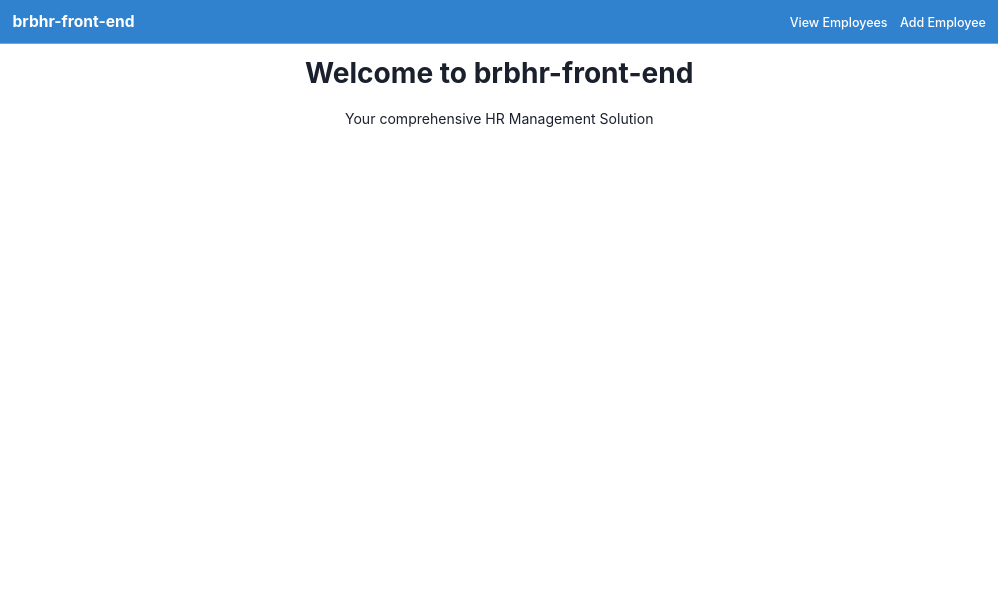
Repository: apipulse/brbhr-frontend
Page: /
These files come from the project's save history. The page is drawn as it stood at one moment and after a run of saves; the edit follows.
The browser window is 1280 px wide. The pictures show the whole page, at 78% of full size.
The project was rebuilt for these pictures with package versions that can differ from the ones it lists, and the page was loaded fresh each time. Also part of the build but not shown: vite.config.js, src/services/axiosInstance.js, src/services/EmployeeService.js, src/components/employee/EmployeeList.jsx, src/components/employee/AddEmployee.jsx.

Above is the page before, as saved 2024-01-19 19:24:55.

After the next 5 saves:
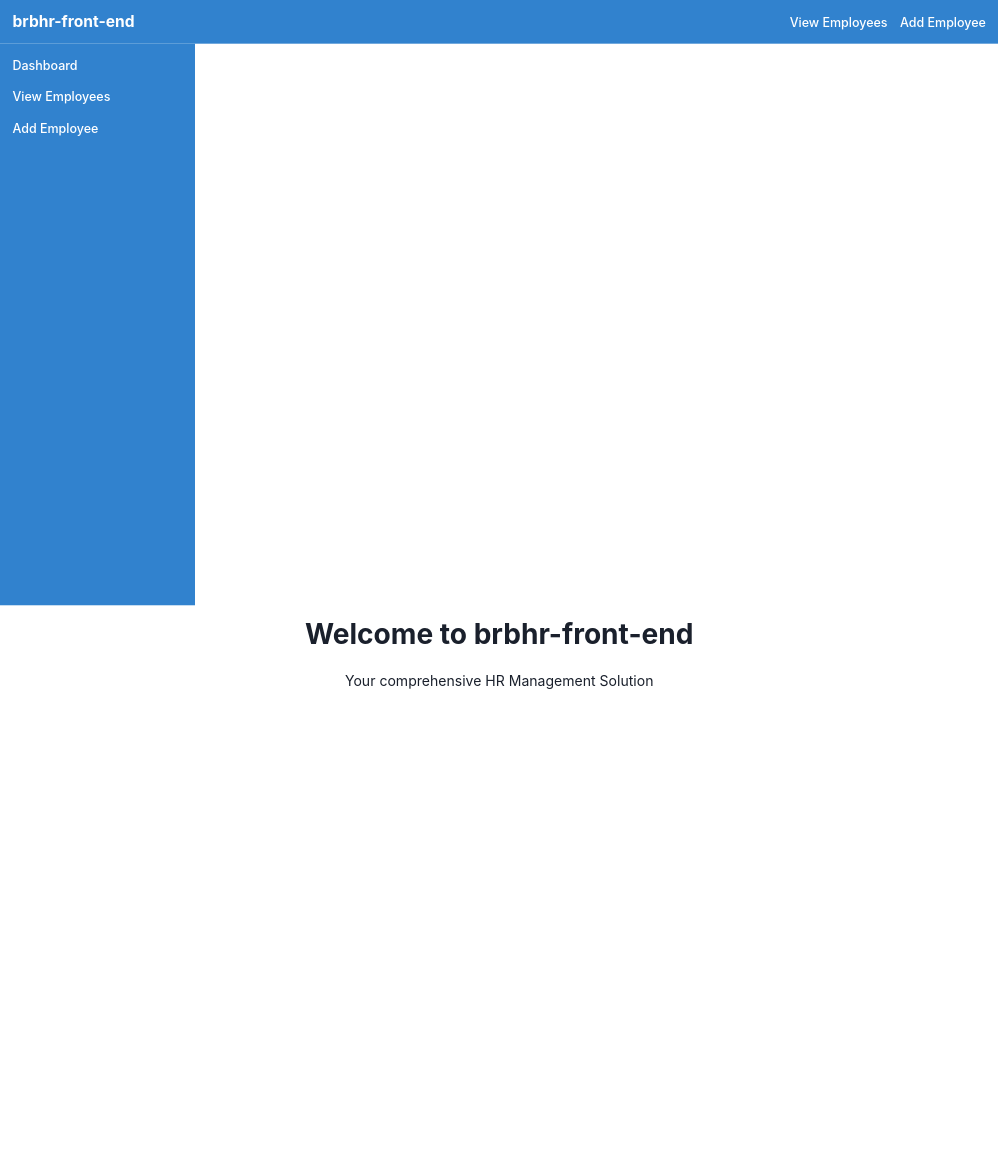
The 5 saves are shown as one change because 1 did not build or start and some came seconds apart.
The last was saved 20 s later.
--- a/src/App.jsx
+++ b/src/App.jsx
@@ -12,6 +12,7 @@
     <ChakraProvider>
       <Router>
         <NavBar />
+        <SideBar/>
         <Routes>
           <Route exact path="/" element={<Home />} />
           <Route path="/employees" element={<EmployeeList />} />

After the save that followed:
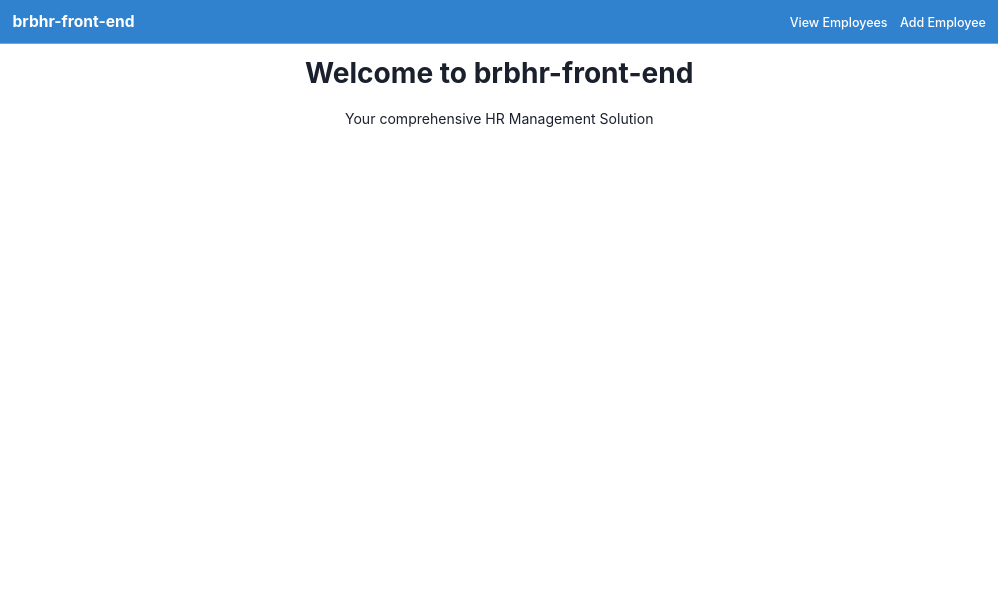
Saved 2 min 3 s later.
--- a/src/App.jsx
+++ b/src/App.jsx
@@ -12,7 +12,7 @@
     <ChakraProvider>
       <Router>
         <NavBar />
-        <SideBar/>
+        {/* <SideBar/> */}
         <Routes>
           <Route exact path="/" element={<Home />} />
           <Route path="/employees" element={<EmployeeList />} />
